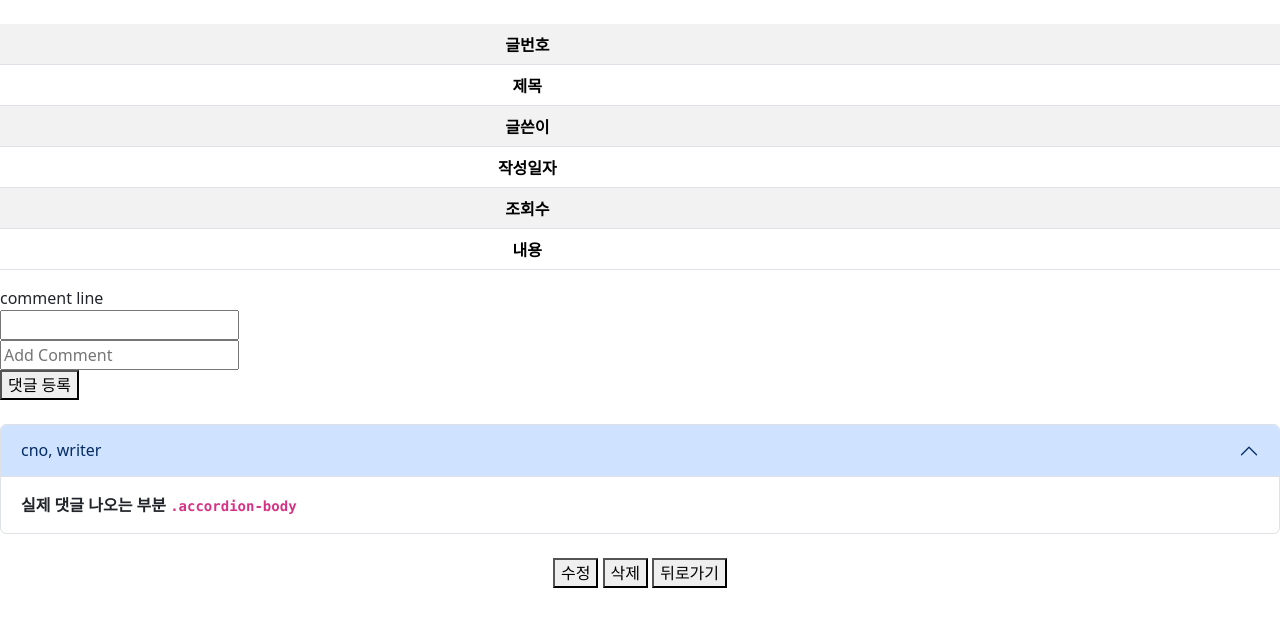
Repository: sujeong1799/JSP
Page: http://localhost/jsp_project/board/detail.jsp
An editor plug-in stored every save of this project. The page is shown before and after the next save, followed by the edit.
The browser window is 1280 px wide. The pictures show the whole page.
The page is served by Tomcat 9. The template is opened directly, without the code that normally fills it, so the values that code supplies are empty.

Above is the page before, as saved 2023-05-19 02:18:43.

After the next save:
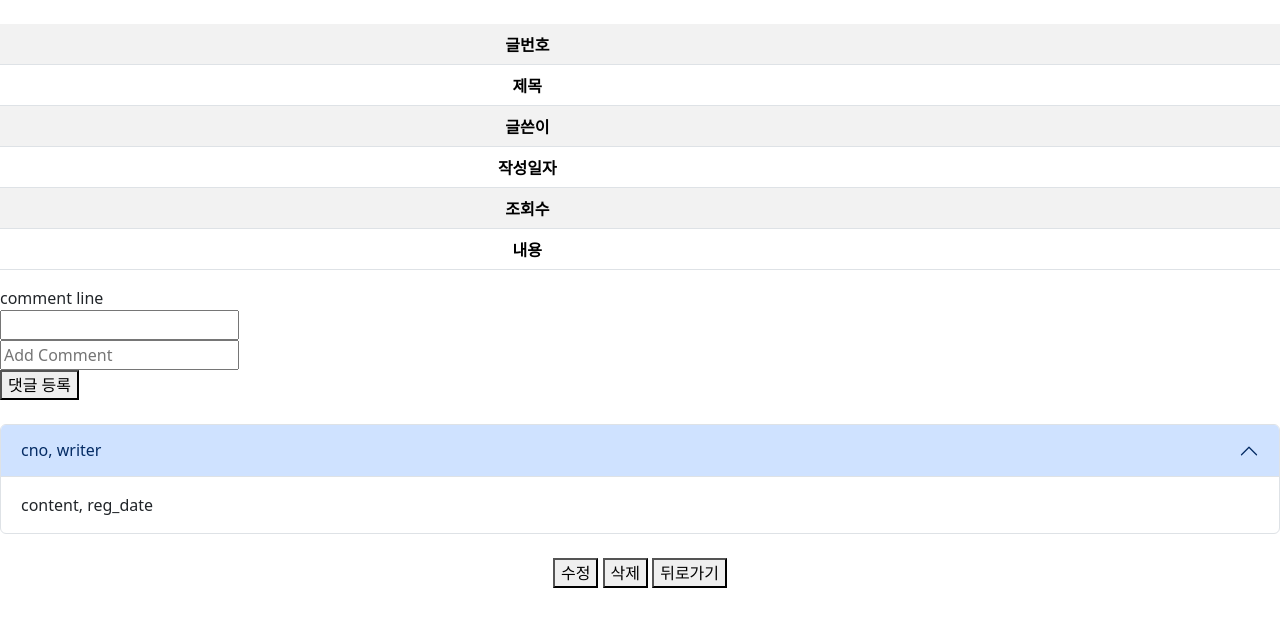
Saved 21 s later.
--- a/jsp_project2/jsp_project/src/main/webapp/board/detail.jsp
+++ b/jsp_project2/jsp_project/src/main/webapp/board/detail.jsp
@@ -71,8 +71,7 @@
 				<div id="collapseOne" class="accordion-collapse collapse show"
 					aria-labelledby="headingOne" data-bs-parent="#accordionExample">
 					<div class="accordion-body">
-						<strong>실제 댓글 나오는 부분
-						<code>.accordion-body</code>
+					content, reg_date
 					</div>
 				</div>
 			</div>
